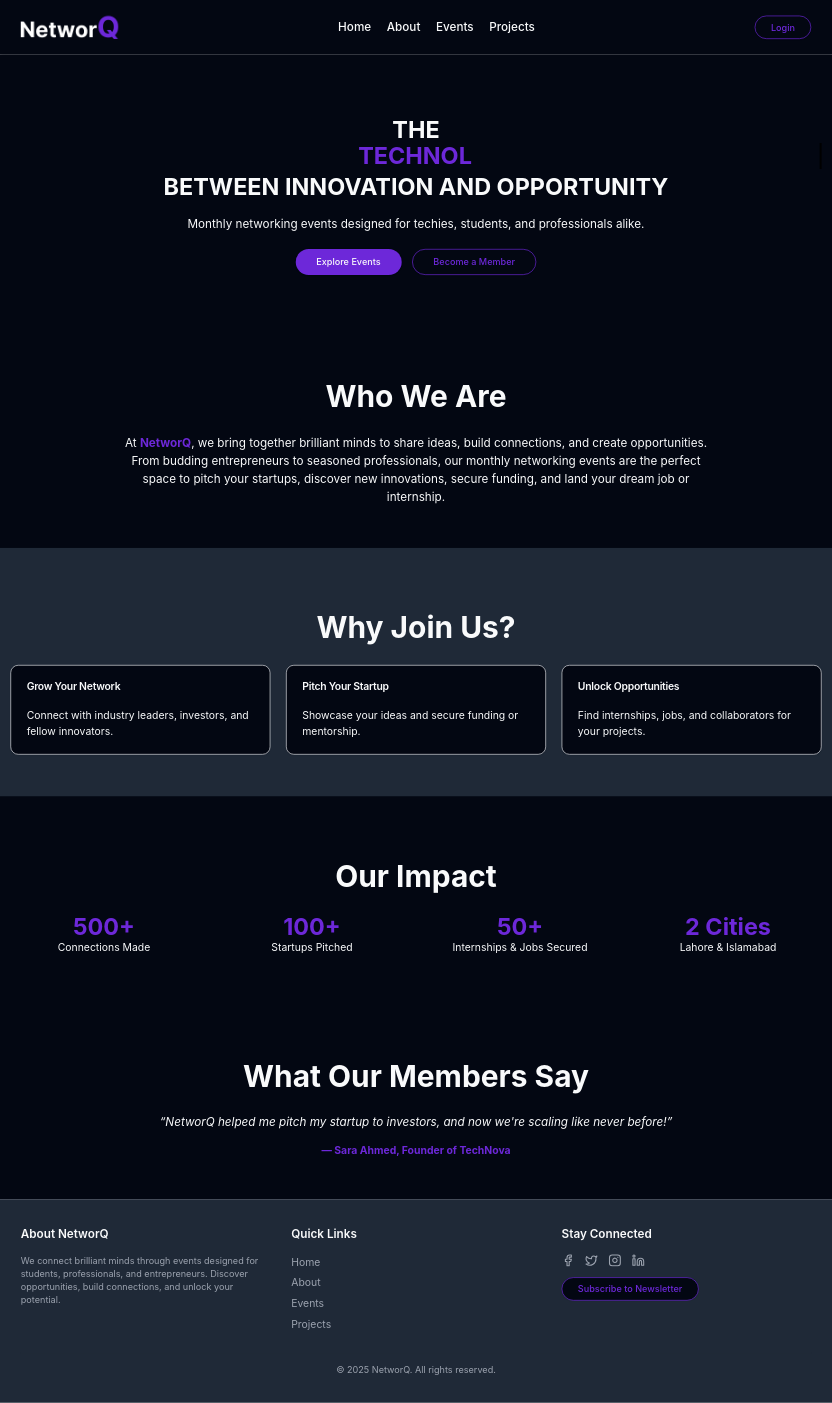
Repository: Wahab3917/Red-Pill-Coders-Hackathon-Submission
Page: / (app in frontend/)
These files come from the project's save history. The page is drawn as it stood at one moment and after the next save; the edit follows.
The browser window is 1280 px wide. The pictures show the whole page, at 65% of full size.
The project was rebuilt for these pictures with package versions that can differ from the ones it lists, and the page was loaded fresh each time. Also part of the build but not shown: frontend/vite.config.js, frontend/src/layouts/AuthLayout.jsx, frontend/src/pages/About.jsx, frontend/src/pages/Event.jsx, frontend/src/pages/Project.jsx.

Above is the page before, as saved 2025-01-25 13:55:37.

After the next save:
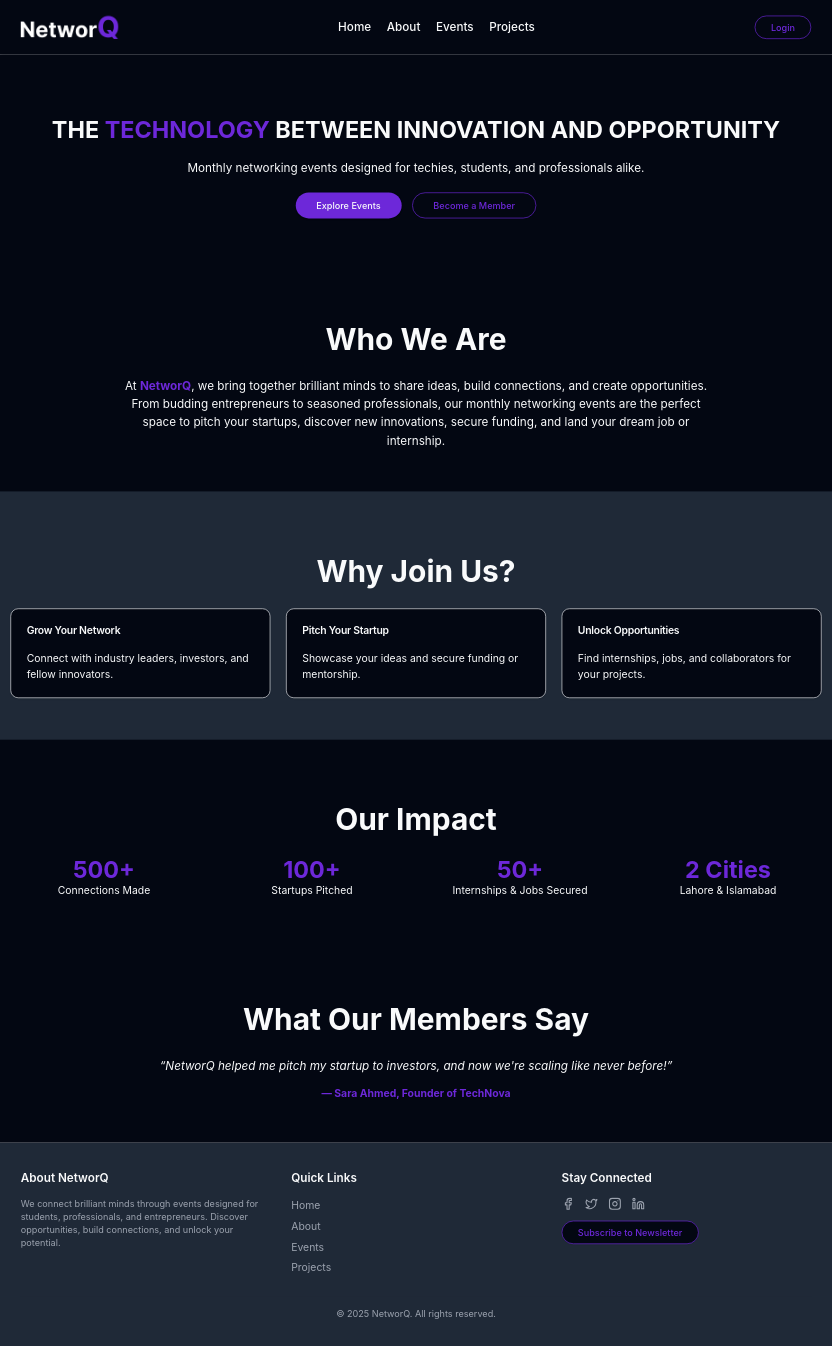
Saved 114 s later.
--- a/frontend/src/pages/Type.jsx
+++ b/frontend/src/pages/Type.jsx
@@ -6,43 +6,36 @@ export default function TypingEffect() {
   const [displayedWord, setDisplayedWord] = useState("");
 
   useEffect(() => {
-    const typingInterval = setInterval(() => {
-      setDisplayedWord((prev) => {
-        const targetWord = words[currentWordIndex];
-        const nextChar = targetWord[prev.length];
-        if (nextChar) {
-          return prev + nextChar;
-        } else {
-          clearInterval(typingInterval);
-          setTimeout(() => {
-            setCurrentWordIndex((prevIndex) => (prevIndex + 1) % words.length);
-            setDisplayedWord(""); // Reset the word for the next one
-          }, 1000);
-          return prev;
-        }
-      });
-    }, 150);
+    const wordChangeInterval = setInterval(() => {
+      setDisplayedWord(""); // Start by clearing the displayed word
+      setTimeout(() => {
+        setCurrentWordIndex((prevIndex) => (prevIndex + 1) % words.length);
+      }, 500); // Wait for 500ms before switching word
+    }, 3000); // Change word every 3 seconds
 
-    return () => clearInterval(typingInterval);
-  }, [currentWordIndex]);
+    return () => clearInterval(wordChangeInterval);
+  }, []);
 
-  // Step 1: Inline style object for the typing effect
-  const typingEffectStyle = {
+  // Step 1: Inline style object for the flip effect
+  const flipEffectStyle = {
     display: "inline-block",
-    overflow: "hidden",
-    whiteSpace: "nowrap",
-    borderRight: "3px solid #000", // Cursor effect
-    animation: "typing 2s steps(30) 1s forwards", // Adjust duration and steps as needed
+    animation: "flip 1s ease-in-out", // Flip effect duration
   };
 
-  // Step 2: Define the keyframes for the typing effect
-  const typingKeyframes = `
-    @keyframes typing {
-      from {
-        width: 0;
+  // Step 2: Define the keyframes for the flip effect
+  const flipKeyframes = `
+    @keyframes flip {
+      0% {
+        transform: rotateX(0deg);
+        opacity: 1;
       }
-      to {
-        width: 100%;
+      50% {
+        transform: rotateX(90deg);
+        opacity: 0;
+      }
+      100% {
+        transform: rotateX(0deg);
+        opacity: 1;
       }
     }
   `;
@@ -50,13 +43,13 @@ export default function TypingEffect() {
   return (
     <div className="text-center text-4xl font-bold">
       {/* Inject the keyframes style into the component */}
-      <style>{typingKeyframes}</style>
+      <style>{flipKeyframes}</style>
 
-      {/* Render the typing effect */}
+      {/* Render the flipped typing effect */}
       <p>
         THE{" "}
-        <span style={typingEffectStyle} className="text-primary">
-          {displayedWord}
+        <span style={flipEffectStyle} className="text-primary">
+          {words[currentWordIndex]}
         </span>{" "}
         BETWEEN INNOVATION AND OPPORTUNITY
       </p>
